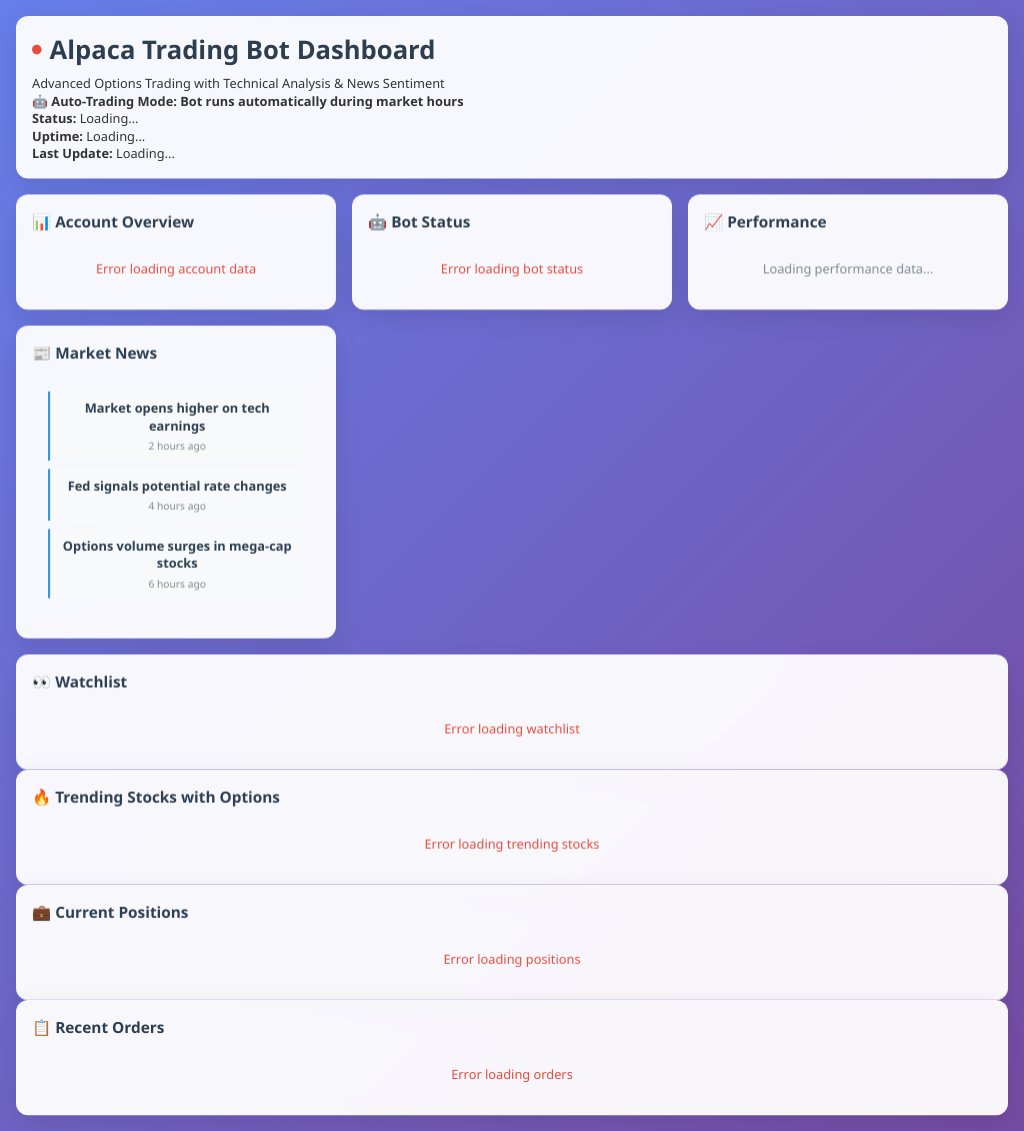
Repository: papykabukanyi/tradingbot
Page: public/index.html
The author's editor kept a copy of each file at every save. The page is drawn from the files as they stood at one save, then again after the next save.
The browser window is 1280 px wide. The pictures show the whole page, at 80% of full size.
The page's requests for data from a server got no answer.

Above is the page before, as saved 2025-07-20 09:15:39.

### public/index.html
<!DOCTYPE html>
<html lang="en">
<head>
    <meta charset="UTF-8">
    <meta name="viewport" content="width=device-width, initial-scale=1.0">
    <title>Alpaca Trading Bot Dashboard</title>
    <style>
        * {
            margin: 0;
            padding: 0;
            box-sizing: border-box;
        }

        body {
            font-family: 'Segoe UI', Tahoma, Geneva, Verdana, sans-serif;
            background: linear-gradient(135deg, #667eea 0%, #764ba2 100%);
            color: #333;
            min-height: 100vh;
        }

        .container {
            max-width: 1400px;
            margin: 0 auto;
            padding: 20px;
        }

        .header {
            background: rgba(255, 255, 255, 0.95);
            border-radius: 15px;
            padding: 20px;
            margin-bottom: 20px;
            box-shadow: 0 10px 30px rgba(0, 0, 0, 0.1);
            backdrop-filter: blur(10px);
        }

        .header h1 {
            color: #2c3e50;
            margin-bottom: 10px;
            display: flex;
            align-items: center;
            gap: 10px;
        }

        .status-indicator {
            width: 12px;
            height: 12px;
            border-radius: 50%;
            background: #e74c3c;
        }

        .status-indicator.running {
            background: #27ae60;
            animation: pulse 2s infinite;
        }

        @keyframes pulse {
            0% { opacity: 1; }
            50% { opacity: 0.5; }
            100% { opacity: 1; }
        }

        .controls {
            display: flex;
            gap: 10px;
            margin-top: 15px;
        }

        .btn {
            background: linear-gradient(135deg, #3498db, #2980b9);
            color: white;
            border: none;
            padding: 10px 20px;
            border-radius: 8px;
            cursor: pointer;
            font-weight: 600;
            transition: all 0.3s ease;
        }

        .btn:hover {
            transform: translateY(-2px);
            box-shadow: 0 5px 15px rgba(0, 0, 0, 0.2);
        }

        .btn.danger {
            background: linear-gradient(135deg, #e74c3c, #c0392b);
        }

        .dashboard-grid {
            display: grid;
            grid-template-columns: repeat(auto-fit, minmax(300px, 1fr));
            gap: 20px;
            margin-bottom: 20px;
        }

        .card {
            background: rgba(255, 255, 255, 0.95);
            border-radius: 15px;
            padding: 20px;
            box-shadow: 0 10px 30px rgba(0, 0, 0, 0.1);
            backdrop-filter: blur(10px);
            transition: transform 0.3s ease;
        }

        .card:hover {
            transform: translateY(-5px);
        }

        .card h3 {
            color: #2c3e50;
            margin-bottom: 15px;
            font-size: 1.2em;
        }

        .metric {
            display: flex;
            justify-content: space-between;
            align-items: center;
            margin-bottom: 10px;
            padding: 10px;
            background: #f8f9fa;
            border-radius: 8px;
        }

        .metric-value {
            font-weight: 600;
            font-size: 1.1em;
        }

        .positive {
            color: #27ae60;
        }

        .negative {
            color: #e74c3c;
        }

        .neutral {
            color: #34495e;
        }

        .watchlist-table {
            width: 100%;
            border-collapse: collapse;
            margin-top: 10px;
        }

        .watchlist-table th,
        .watchlist-table td {
            padding: 12px;
            text-align: left;
            border-bottom: 1px solid #ecf0f1;
        }

        .watchlist-table th {
            background: #34495e;
            color: white;
            font-weight: 600;
        }

        .watchlist-table tr:hover {
            background: #f8f9fa;
        }

        .orders-list {
            max-height: 300px;
            overflow-y: auto;
        }

        .order-item {
            padding: 10px;
            border: 1px solid #ecf0f1;
            border-radius: 8px;
            margin-bottom: 10px;
            background: #f8f9fa;
        }

        .order-header {
            display: flex;
            justify-content: space-between;
            align-items: center;
            margin-bottom: 5px;
        }

        .order-symbol {
            font-weight: 600;
            color: #2c3e50;
        }

        .order-status {
            padding: 4px 8px;
            border-radius: 4px;
            font-size: 0.8em;
            font-weight: 600;
        }

        .status-filled {
            background: #d5edda;
            color: #155724;
        }

        .status-pending {
            background: #fff3cd;
            color: #856404;
        }

        .status-canceled {
            background: #f8d7da;
            color: #721c24;
        }

        .loading {
            text-align: center;
            padding: 20px;
            color: #7f8c8d;
        }

        .news-item {
            padding: 10px;
            border-left: 3px solid #3498db;
            margin-bottom: 10px;
            background: #f8f9fa;
            border-radius: 0 8px 8px 0;
        }

        .news-title {
            font-weight: 600;
            margin-bottom: 5px;
            color: #2c3e50;
        }

        .news-time {
            font-size: 0.8em;
            color: #7f8c8d;
        }

        .chart-container {
            width: 100%;
            height: 300px;
            background: #f8f9fa;
            border-radius: 8px;
            display: flex;
            align-items: center;
            justify-content: center;
            color: #7f8c8d;
            font-style: italic;
        }

        .trending-badge {
            background: linear-gradient(135deg, #ff6b6b, #ee5a24);
            color: white;
            padding: 2px 6px;
            border-radius: 4px;
            font-size: 0.7em;
            font-weight: 600;
            margin-left: 5px;
        }

        .volume-spike {
            background: #ffeaa7;
            color: #2d3436;
            padding: 2px 4px;
            border-radius: 3px;
            font-size: 0.8em;
            font-weight: 600;
        }

        .trending-badge {
            background: linear-gradient(135deg, #ff6b6b, #ee5a24);
            color: white;
            padding: 2px 6px;
            border-radius: 4px;
            font-size: 0.7em;
            font-weight: 600;
            margin-left: 5px;
        }

        @media (max-width: 768px) {
            .dashboard-grid {
                grid-template-columns: 1fr;
            }

            .controls {
                flex-direction: column;
            }
        }
    </style>
</head>
<body>
    <div class="container">
        <div class="header">
            <h1>
                <span class="status-indicator" id="statusIndicator"></span>
                Alpaca Trading Bot Dashboard
            </h1>
            <p>Advanced Options Trading with Technical Analysis & News Sentiment</p>
            <p><strong>🤖 Auto-Trading Mode: Bot runs automatically during market hours</strong></p>
            <div class="info-panel">
                <div class="info-item">
                    <strong>Status:</strong> <span id="botStatusText">Loading...</span>
                </div>
                <div class="info-item">
                    <strong>Uptime:</strong> <span id="uptimeText">Loading...</span>
                </div>
                <div class="info-item">
                    <strong>Last Update:</strong> <span id="lastUpdateText">Loading...</span>
                </div>
            </div>
        </div>

        <div class="dashboard-grid">
            <!-- Account Overview -->
            <div class="card">
                <h3>📊 Account Overview</h3>
                <div id="accountData" class="loading">Loading account data...</div>
            </div>

            <!-- Bot Status -->
            <div class="card">
                <h3>🤖 Bot Status</h3>
                <div id="botStatus" class="loading">Loading bot status...</div>
            </div>

            <!-- Performance -->
            <div class="card">
                <h3>📈 Performance</h3>
                <div id="performance" class="loading">Loading performance data...</div>
            </div>

            <!-- Market News -->
            <div class="card">
                <h3>📰 Market News</h3>
                <div id="marketNews" class="loading">Loading market news...</div>
            </div>
        </div>

        <!-- Watchlist -->
        <div class="card">
            <h3>👀 Watchlist</h3>
            <div id="watchlist" class="loading">Loading watchlist...</div>
        </div>

        <!-- Trending Stocks -->
        <div class="card">
            <h3>🔥 Trending Stocks with Options</h3>
            <div id="trending" class="loading">Loading trending stocks...</div>
        </div>

        <!-- Current Positions -->
        <div class="card">
            <h3>💼 Current Positions</h3>
            <div id="positions" class="loading">Loading positions...</div>
        </div>

        <!-- Recent Orders -->
        <div class="card">
            <h3>📋 Recent Orders</h3>
            <div id="orders" class="loading">Loading orders...</div>
        </div>
    </div>

    <script>
        let updateInterval;

        // Initialize dashboard
        document.addEventListener('DOMContentLoaded', function() {
            refreshData();
            updateInterval = setInterval(refreshData, 30000); // Update every 30 seconds
        });

        async function refreshData() {
            try {
                await Promise.all([
                    loadAccountData(),
                    loadBotStatus(),
                    loadPositions(),
                    loadOrders(),
                    loadWatchlist(),
                    loadTrendingStocks(),
                    loadMarketNews()
                ]);
            } catch (error) {
                console.error('Error refreshing data:', error);
            }
        }

        async function loadAccountData() {
            try {
                const response = await fetch('/api/account');
                const account = await response.json();

                const html = `
                    <div class="metric">
                        <span>Total Equity</span>
                        <span class="metric-value">$${parseFloat(account.equity).toLocaleString()}</span>
                    </div>
                    <div class="metric">
                        <span>Buying Power</span>
                        <span class="metric-value">$${parseFloat(account.buying_power).toLocaleString()}</span>
                    </div>
                    <div class="metric">
                        <span>Day P&L</span>
                        <span class="metric-value ${parseFloat(account.unrealized_pl) >= 0 ? 'positive' : 'negative'}">
                            $${parseFloat(account.unrealized_pl).toFixed(2)}
                        </span>
                    </div>
                    <div class="metric">
                        <span>Account Status</span>
                        <span class="metric-value">${account.status}</span>
                    </div>
                `;

                document.getElementById('accountData').innerHTML = html;
            } catch (error) {
                document.getElementById('accountData').innerHTML = '<p class="negative">Error loading account data</p>';
            }
        }

        async function loadBotStatus() {
            try {
                const response = await fetch('/api/bot/status');
                const status = await response.json();

                const statusIndicator = document.getElementById('statusIndicator');
                statusIndicator.className = `status-indicator ${status.status === 'running' ? 'running' : ''}`;

                const html = `
                    <div class="metric">
                        <span>Status</span>
                        <span class="metric-value ${status.status === 'running' ? 'positive' : 'neutral'}">
                            ${status.status.toUpperCase()}
                        </span>
                    </div>
                    <div class="metric">
                        <span>Total Trades</span>
                        <span class="metric-value">${status.totalTrades}</span>
                    </div>
                    <div class="metric">
                        <span>Last Update</span>
                        <span class="metric-value">
                            ${status.lastUpdate ? new Date(status.lastUpdate).toLocaleTimeString() : 'Never'}
                        </span>
                    </div>
                    <div class="metric">
                        <span>P&L</span>
                        <span class="metric-value ${status.profitLoss >= 0 ? 'positive' : 'negative'}">
                            $${status.profitLoss.toFixed(2)}
                        </span>
                    </div>
                `;

                document.getElementById('botStatus').innerHTML = html;
            } catch (error) {
                document.getElementById('botStatus').innerHTML = '<p class="negative">Error loading bot status</p>';
            }
        }

        async function loadPositions() {
            try {
                const response = await fetch('/api/positions');
                const positions = await response.json();

                if (positions.length === 0) {
                    document.getElementById('positions').innerHTML = '<p>No current positions</p>';
                    return;
                }

                let html = '<table class="watchlist-table"><thead><tr><th>Symbol</th><th>Qty</th><th>Market Value</th><th>P&L</th><th>P&L %</th></tr></thead><tbody>';

                positions.forEach(position => {
                    const pnl = parseFloat(position.unrealized_pl);
                    const pnlPercent = parseFloat(position.unrealized_plpc) * 100;

                    html += `
                        <tr>
                            <td><strong>${position.symbol}</strong></td>
                            <td>${position.qty}</td>
                            <td>$${parseFloat(position.market_value).toLocaleString()}</td>
                            <td class="${pnl >= 0 ? 'positive' : 'negative'}">$${pnl.toFixed(2)}</td>
                            <td class="${pnlPercent >= 0 ? 'positive' : 'negative'}">${pnlPercent.toFixed(2)}%</td>
                        </tr>
                    `;
                });

                html += '</tbody></table>';
                document.getElementById('positions').innerHTML = html;
            } catch (error) {
                document.getElementById('positions').innerHTML = '<p class="negative">Error loading positions</p>';
            }
        }

        async function loadOrders() {
            try {
                const response = await fetch('/api/orders');
                const orders = await response.json();

                if (orders.length === 0) {
                    document.getElementById('orders').innerHTML = '<p>No recent orders</p>';
                    return;
                }

                let html = '<div class="orders-list">';

                orders.slice(0, 10).forEach(order => {
                    const statusClass = order.status === 'filled' ? 'status-filled' :
                                       order.status === 'pending_new' ? 'status-pending' : 'status-canceled';

                    html += `
                        <div class="order-item">
                            <div class="order-header">
                                <span class="order-symbol">${order.symbol}</span>
                                <span class="order-status ${statusClass}">${order.status}</span>
                            </div>
                            <div>
                                ${order.side.toUpperCase()} ${order.qty} @ ${order.type === 'market' ? 'Market' : '$' + order.limit_price}
                            </div>
                            <div style="font-size: 0.8em; color: #7f8c8d;">
                                ${new Date(order.created_at).toLocaleString()}
                            </div>
                        </div>
                    `;
                });

                html += '</div>';
                document.getElementById('orders').innerHTML = html;
            } catch (error) {
                document.getElementById('orders').innerHTML = '<p class="negative">Error loading orders</p>';
            }
        }

        async function loadWatchlist() {
            try {
                const response = await fetch('/api/watchlist');
                const watchlist = await response.json();

                let html = '<table class="watchlist-table"><thead><tr><th>Symbol</th><th>Price</th><th>Change %</th><th>Volume</th><th>Status</th></tr></thead><tbody>';

                watchlist.forEach(stock => {
                    const change = parseFloat(stock.change);
                    const trendingBadge = stock.isTrending ? '<span class="trending-badge">TRENDING</span>' : '';

                    html += `
                        <tr>
                            <td><strong>${stock.symbol}</strong>${trendingBadge}</td>
                            <td>$${parseFloat(stock.price).toFixed(2)}</td>
                            <td class="${change >= 0 ? 'positive' : 'negative'}">${change.toFixed(2)}%</td>
                            <td>${parseInt(stock.volume).toLocaleString()}</td>
                            <td>${stock.isTrending ? '<span class="volume-spike">High Volume</span>' : 'Normal'}</td>
                        </tr>
                    `;
                });

                html += '</tbody></table>';
                document.getElementById('watchlist').innerHTML = html;
            } catch (error) {
                document.getElementById('watchlist').innerHTML = '<p class="negative">Error loading watchlist</p>';
            }
        }

        async function loadTrendingStocks() {
            try {
                const response = await fetch('/api/trending');
                const trending = await response.json();

                if (trending.length === 0) {
                    document.getElementById('trending').innerHTML = '<p>No trending stocks detected currently</p>';
                    return;
                }

                let html = '<table class="watchlist-table"><thead><tr><th>Symbol</th><th>Price</th><th>Change %</th><th>Volume Ratio</th><th>Reason</th></tr></thead><tbody>';

                trending.forEach(stock => {
                    const change = parseFloat(stock.priceChange);

                    html += `
                        <tr>
                            <td><strong>${stock.symbol}</strong><span class="trending-badge">HOT</span></td>
                            <td>$${parseFloat(stock.price).toFixed(2)}</td>
                            <td class="${change >= 0 ? 'positive' : 'negative'}">${change.toFixed(2)}%</td>
                            <td><span class="volume-spike">${stock.volumeRatio}x</span></td>
                            <td style="font-size: 0.9em;">${stock.reason}</td>
                        </tr>
                    `;
                });

                html += '</tbody></table>';
                document.getElementById('trending').innerHTML = html;
            } catch (error) {
                document.getElementById('trending').innerHTML = '<p class="negative">Error loading trending stocks</p>';
            }
        }

        async function loadMarketNews() {
            try {
                // This would typically fetch from your news API
                const mockNews = [
                    { title: "Market opens higher on tech earnings", time: "2 hours ago" },
                    { title: "Fed signals potential rate changes", time: "4 hours ago" },
                    { title: "Options volume surges in mega-cap stocks", time: "6 hours ago" }
                ];

                let html = '';
                mockNews.forEach(news => {
                    html += `
                        <div class="news-item">
                            <div class="news-title">${news.title}</div>
                            <div class="news-time">${news.time}</div>
                        </div>
                    `;
                });

                document.getElementById('marketNews').innerHTML = html;
            } catch (error) {
                document.getElementById('marketNews').innerHTML = '<p class="negative">Error loading market news</p>';
            }
        }

        async function startBot() {
            try {
                const response = await fetch('/api/bot/start', { method: 'POST' });
                const result = await response.json();
                alert(result.message);
                loadBotStatus();
            } catch (error) {
                alert('Error starting bot: ' + error.message);
            }
        }

        async function stopBot() {
            try {
                const response = await fetch('/api/bot/stop', { method: 'POST' });
                const result = await response.json();
                alert(result.message);
                loadBotStatus();
            } catch (error) {
                alert('Error stopping bot: ' + error.message);
            }
        }
    </script>
</body>
</html>

After the next save:
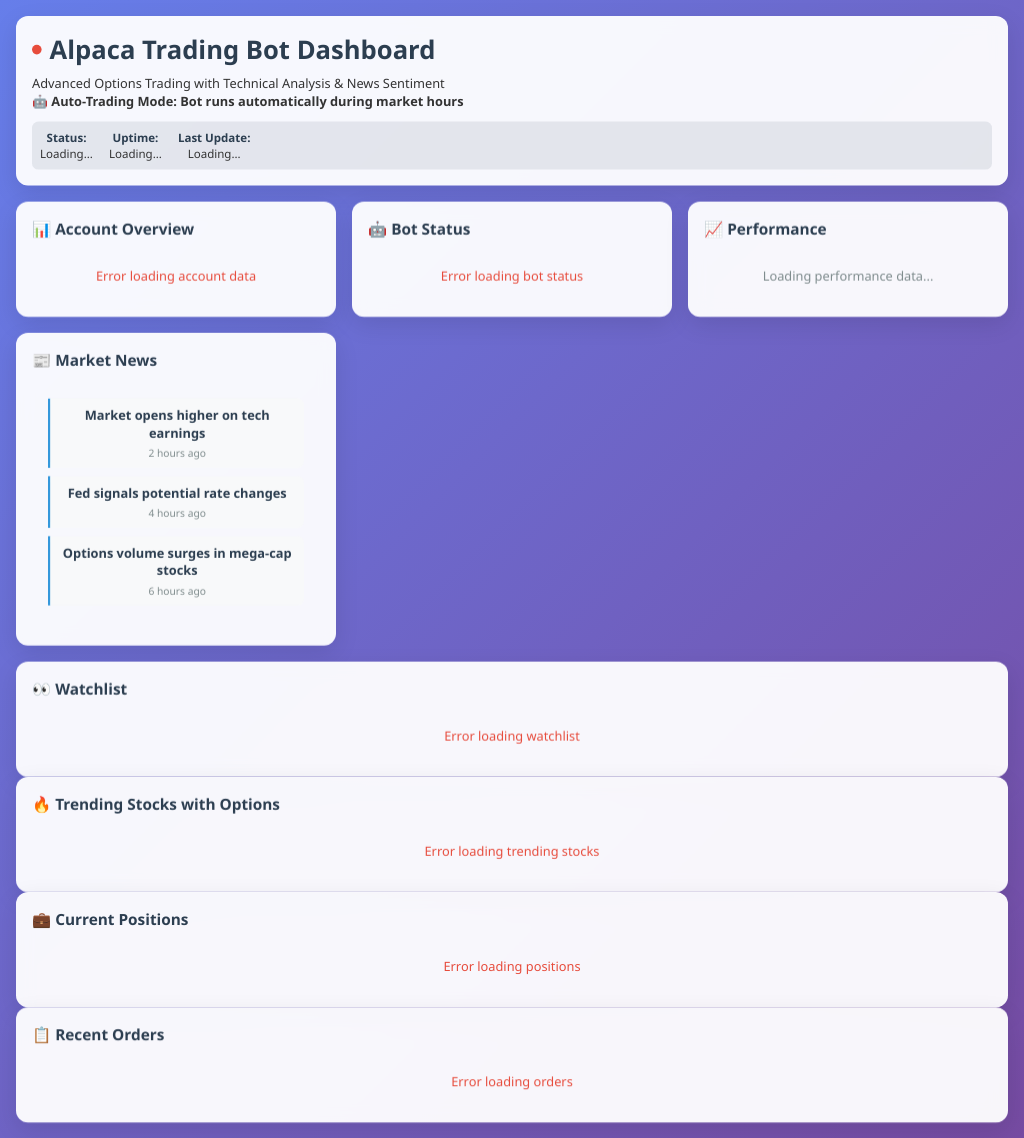
Saved 12 s later.
--- a/public/index.html
+++ b/public/index.html
@@ -63,6 +63,27 @@
             display: flex;
             gap: 10px;
             margin-top: 15px;
+        }
+
+        .info-panel {
+            display: flex;
+            gap: 20px;
+            margin-top: 15px;
+            padding: 10px;
+            background: rgba(52, 73, 94, 0.1);
+            border-radius: 8px;
+        }
+
+        .info-item {
+            display: flex;
+            flex-direction: column;
+            align-items: center;
+            font-size: 0.9em;
+        }
+
+        .info-item strong {
+            color: #2c3e50;
+            margin-bottom: 2px;
         }
 
         .btn {
